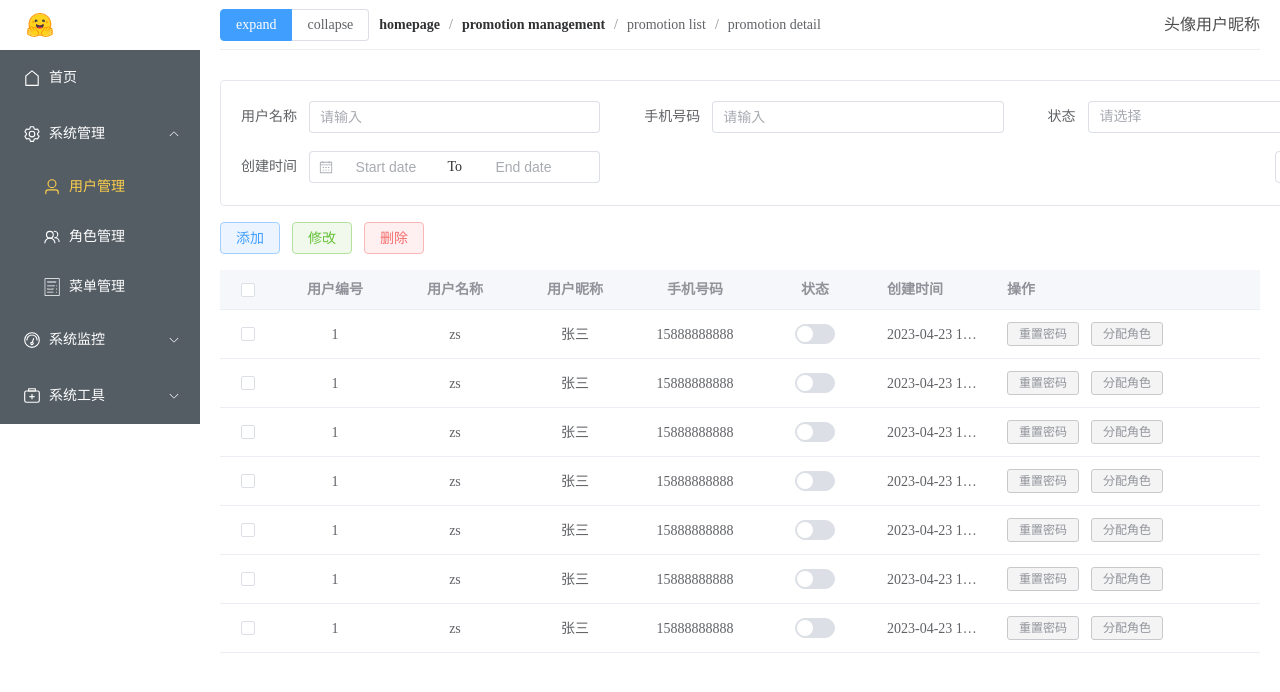
Repository: 202100202078/SignInBox
Page: /admin/system/user
These files come from the project's save history. The page is drawn as it stood at one moment and after the next save; the edit follows.
The browser window is 1280 px wide. The pictures show the whole page.
The project was rebuilt for these pictures with package versions that can differ from the ones it lists, and the page was loaded fresh each time. Also part of the build but not shown: vite.config.js, src/components/PageFooter.vue, src/components/TableLayout.vue, src/components/ToolTip.vue, src/assets/fonts/iconfont/iconfont.js, src/assets/style/variables.module.scss.

Above is the page before, as saved 2024-01-29 17:19:42.

After the next save:
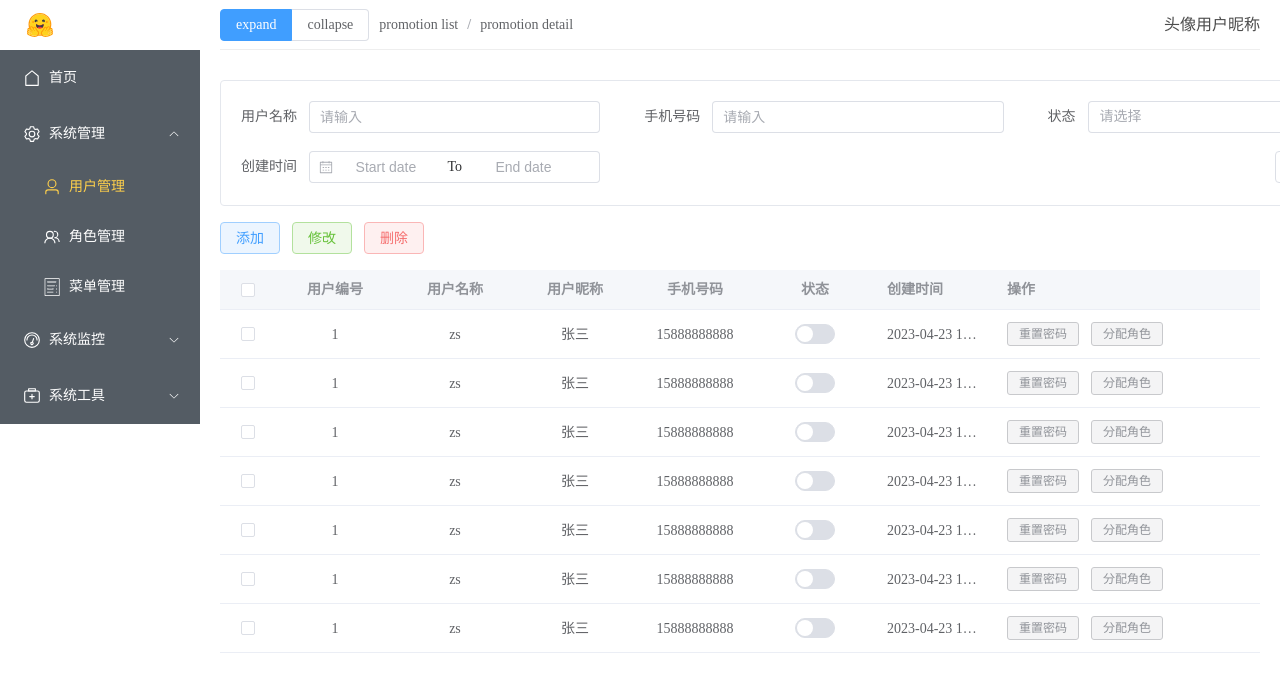
Saved 54 min 32 s later.
--- a/src/views/admin/layout/SystemPage.vue
+++ b/src/views/admin/layout/SystemPage.vue
@@ -169,12 +169,6 @@ onMounted(() => {
                 <el-radio-button :label="true">collapse</el-radio-button>
               </el-radio-group>
               <el-breadcrumb separator="/">
-                <el-breadcrumb-item :to="{ path: '/system' }"
-                  >homepage</el-breadcrumb-item
-                >
-                <el-breadcrumb-item
-                  ><a href="/">promotion management</a></el-breadcrumb-item
-                >
                 <el-breadcrumb-item>promotion list</el-breadcrumb-item>
                 <el-breadcrumb-item>promotion detail</el-breadcrumb-item>
               </el-breadcrumb>
